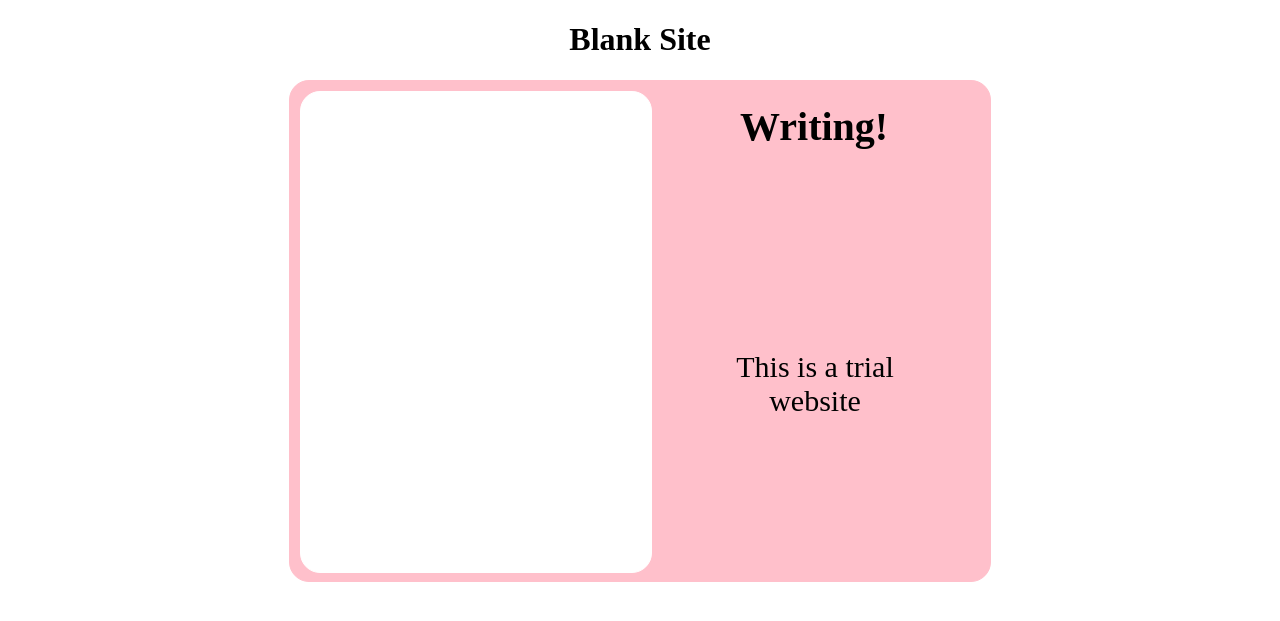
Repository: yhung004/Blank_Project
Page: index.html
An editor plug-in stored every save of this project. The page is shown before and after the next save, followed by the edit.
The browser window is 1280 px wide. The pictures show the whole page.

Above is the page before, as saved 2024-04-04 03:32:10.

### index.html
<!DOCTYPE html>
<html lang="en">
<head>
    <meta charset="UTF-8">
    <meta name="viewport" content="width=device-width, initial-scale=1.0">
    <title>Blank_Project</title>
    <link rel="stylesheet" href="index.css">
</head>
<body>
    <h1 class="header1">Blank Site</h1>
    <div class="main">
        <div class="container"></div>
        <div class="words">
            <h3 class="heading2">Writing!</h3>
            <p class="sub">This is a trial <br>website</p>
        </div>

    </div>

</body>
</html>

### index.css
.header1 {
    text-align: center;
}
.main {
    background-color: pink;
    width: 700px;
    height: 500px;
    margin:auto;
    border: 1px solid pink;
    border-radius: 20px;
}
.container {
    margin:10px;
    background-color:white;
    width:350px;
    height: 480px;
    border :1px solid white;
    border-radius: 20px;
    display: flexbox;
}
.words {
    display:inline;
    float:right;
}
.heading2 {
    margin-top: -480px;
    margin-left:-250px;
    font-size: 40px;
    font-family: 'Times New Roman', Times, serif;
}
.sub {
    margin-left:-350px;
    margin-top: 200px;
    text-align:center;
    font-size: 30px;
}

After the next save:
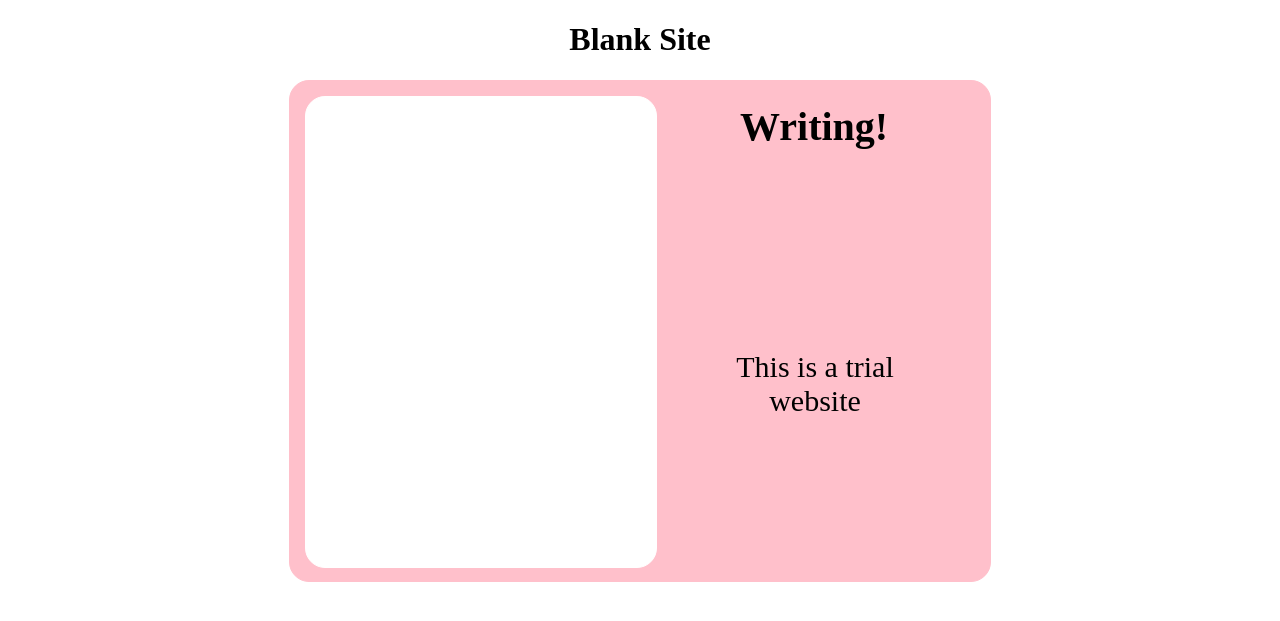
Saved 2 min 39 s later.
--- a/index.css
+++ b/index.css
@@ -10,10 +10,10 @@
     border-radius: 20px;
 }
 .container {
-    margin:10px;
+    margin:15px;
     background-color:white;
     width:350px;
-    height: 480px;
+    height: 470px;
     border :1px solid white;
     border-radius: 20px;
     display: flexbox;
